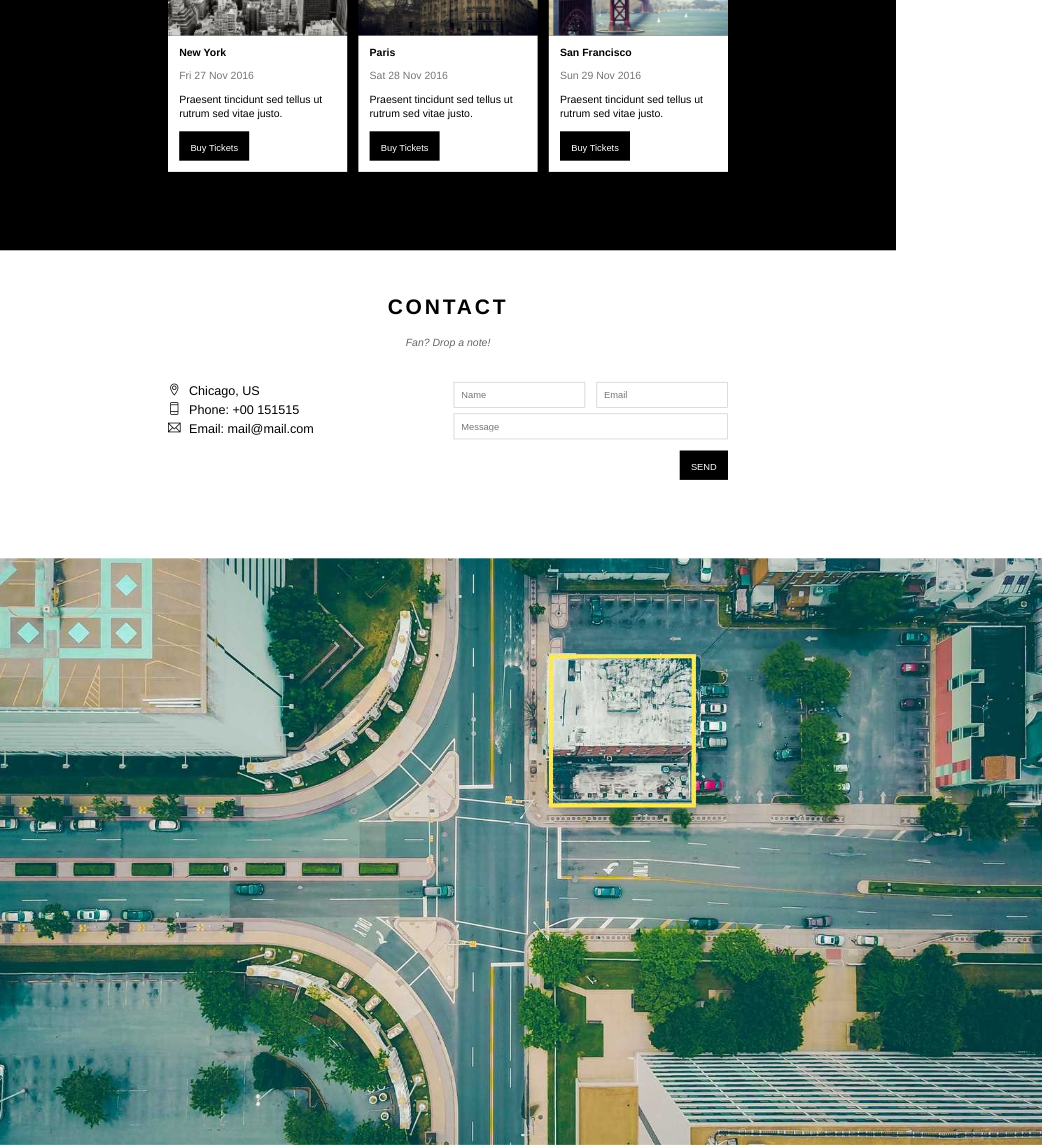
Repository: phongngotrong/w3school_reup
Page: index.html
These files come from the project's save history. The page is drawn as it stood at one moment and after the next save; the edit follows.
The browser window is 1280 px wide. The page is 1489 px wide, then 1280 px, so the pictures cover 1489 px, including what lies to the right of the window. The pictures show the part of the page from y = 1791 to 3431 px (the page is 3431 px tall before and 3313 px after), at 70% of full size.

Above is the page before, as saved 2021-12-24 14:38:01.

After the next save:
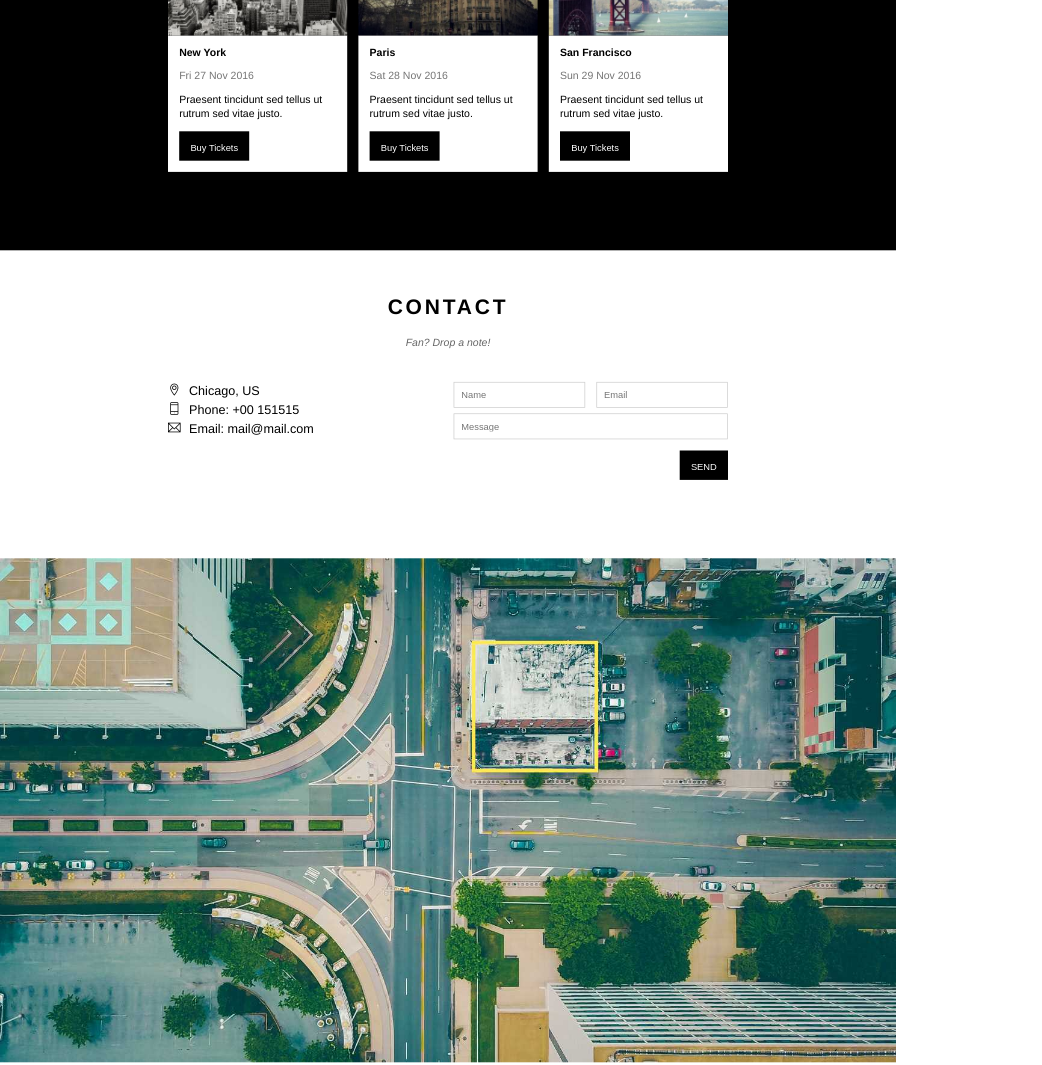
Saved 2 min 59 s later.
--- a/index.html
+++ b/index.html
@@ -201,7 +201,7 @@
           </div>
         </div>
         <!-- End: contact section-->
-        <div class="map section">
+        <div class="map-section">
           <img src="./assets/img/map.jpg" alt="Map">
         </div>
       </div>
